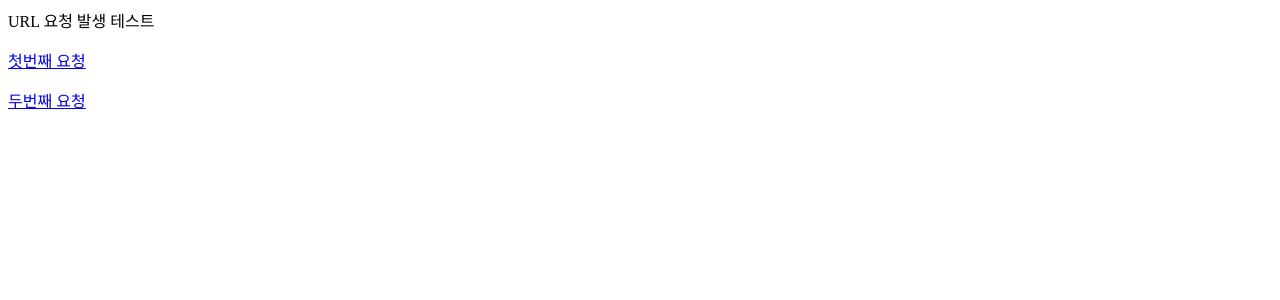
Repository: H-hyeonje/jsp
Page: jsp_example/src/main/webapp/index.html
An editor plug-in stored every save of this project. The page is shown before and after the next save, followed by the edit.
The browser window is 1280 px wide. The pictures show the whole page.

Above is the page before, as saved 2024-10-07 06:22:48.

After the next save:
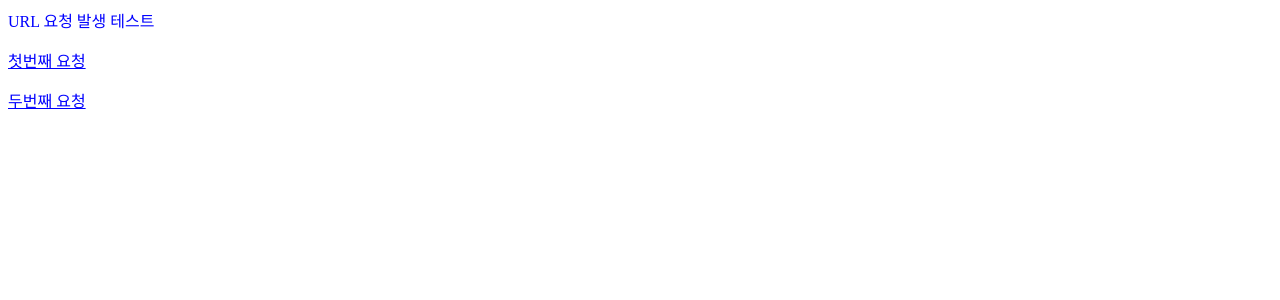
Saved 1 s later.
--- a/jsp_example/src/main/webapp/index.html
+++ b/jsp_example/src/main/webapp/index.html
@@ -2,7 +2,9 @@
 <html>
 <head>
 <meta charset="UTF-8">
+	<link rel="stylesheet" href="index.css">
 <title>index</title>
+
 </head>
 <body>
 	URL 요청 발생 테스트
